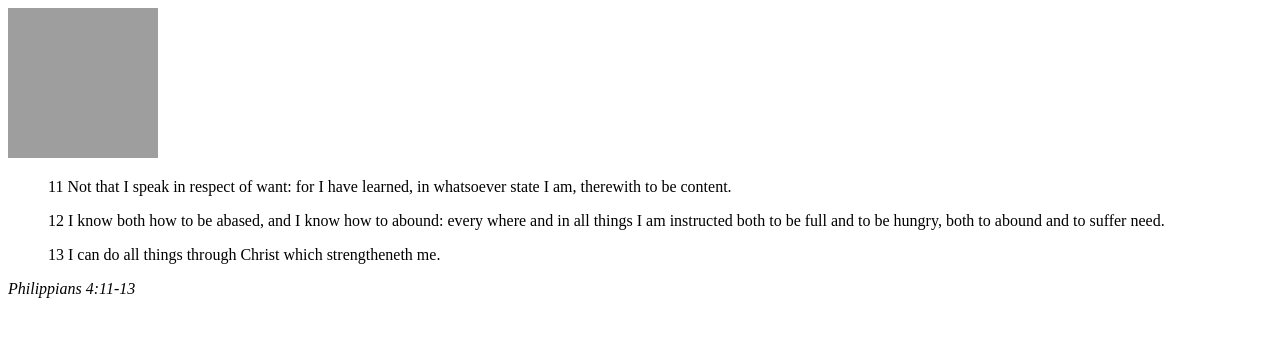
Repository: isaAJ05/wdd130
Page: week02/box-model.html
These files come from the project's save history. The page is drawn as it stood at one moment and after a run of saves; the edit follows.
The browser window is 1280 px wide. The pictures show the whole page.
Pictures or frames that could not be fetched are drawn as grey boxes.

Above is the page before, as saved 2025-05-15 00:04:27.

### week02/box-model.html
<!DOCTYPE html>
<html lang="en">
<head>
    <meta charset="UTF-8">
    <meta name="viewport" content="width=device-width, initial-scale=1.0">
    <title>Box Model</title>
    <link rel="stylesheet" href="styles/box-model.css">
</head>
<body>
    <main>
	<div class="callout">
		<img src="https://churchofjesuschrist.org/imgs/0d9965bac82711eda736eeeeac1e6a3620d4c7dc/full/500%2C/0/default" alt="Paul the Apostle" width="150" height="150">
		<blockquote>
			<p>11 Not that I speak in respect of want: for I have learned, in whatsoever state I am, therewith to be content.</p>
			<p>12 I know both how to be abased, and I know how to abound: every where and in all things I am instructed both to be full and to be hungry, both to abound and to suffer need.</p>
			<p>13 I can do all things through Christ which strengtheneth me.</p>
		</blockquote>
		<cite>Philippians 4:11-13</cite>
		<p></p>
	</div>
</main>
</body>
</html>

### week02/styles/box-model.css
.callout {
    maximum-width: 600px;
    margin: 0 auto;
    border: ;
    padding: ;
    background-color: ;
    color: ;
	text color: ;
}

.callout img {

}

blockquote {

}

cite {

}

After the next 2 saves:
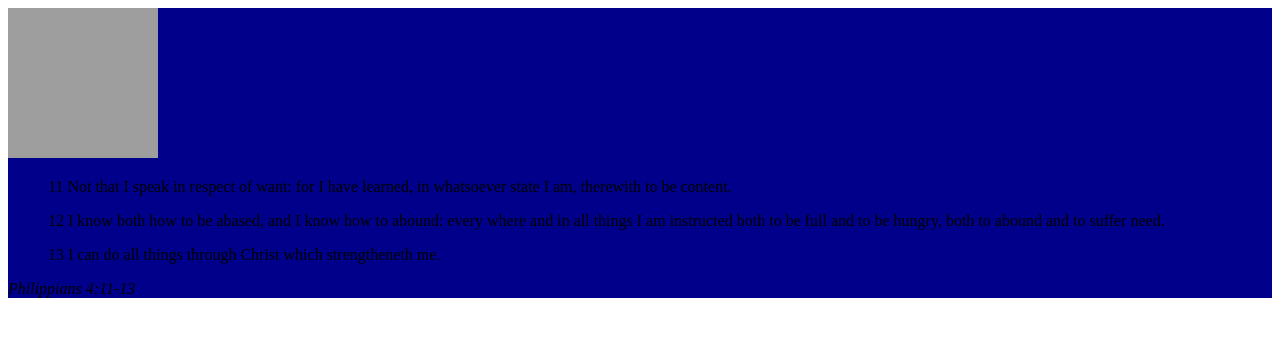
The 2 saves are shown as one change because they came seconds apart.
The last was saved 37 s later.
--- a/week02/styles/box-model.css
+++ b/week02/styles/box-model.css
@@ -3,7 +3,7 @@
     margin: 0 auto;
     border: ;
     padding: ;
-    background-color: ;
+    background-color: darkblue;
     color: ;
 	text color: ;
 }
